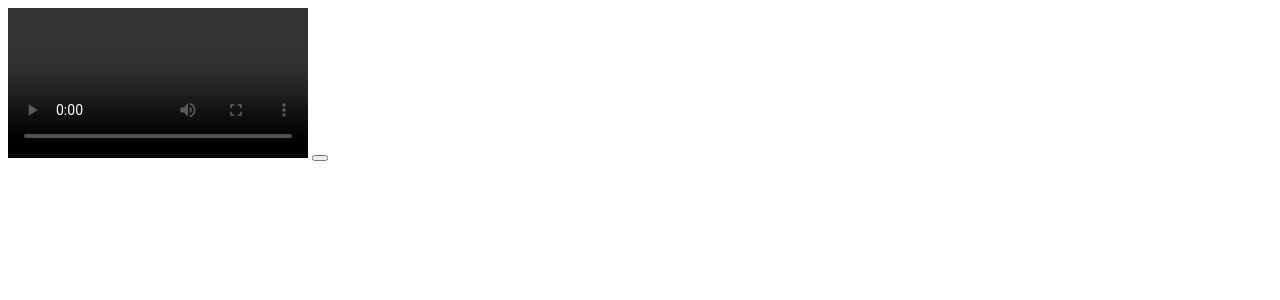
Repository: Priyanshubhartistm/webDev
Page: CSS Que and camera App/Camera/index.html
The author's editor kept a copy of each file at every save. The page is drawn from the files as they stood at one save, then again after the next save.
The browser window is 1280 px wide. The pictures show the whole page.

Above is the page before, as saved 2021-06-10 19:57:38.

After the next save:
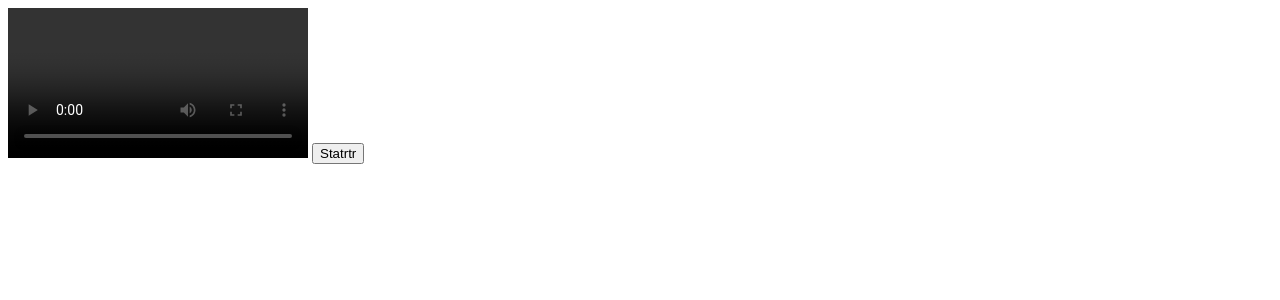
Saved 8 s later.
--- a/CSS Que and camera App/Camera/index.html
+++ b/CSS Que and camera App/Camera/index.html
@@ -9,7 +9,7 @@
 <body>
     <video controls autoplay></video>
 
-    <button id="start"> </button>
+    <button id="start"> Statrtr </button>
     <script>
 
     // Video and Audio permission allow && media Devices Access
